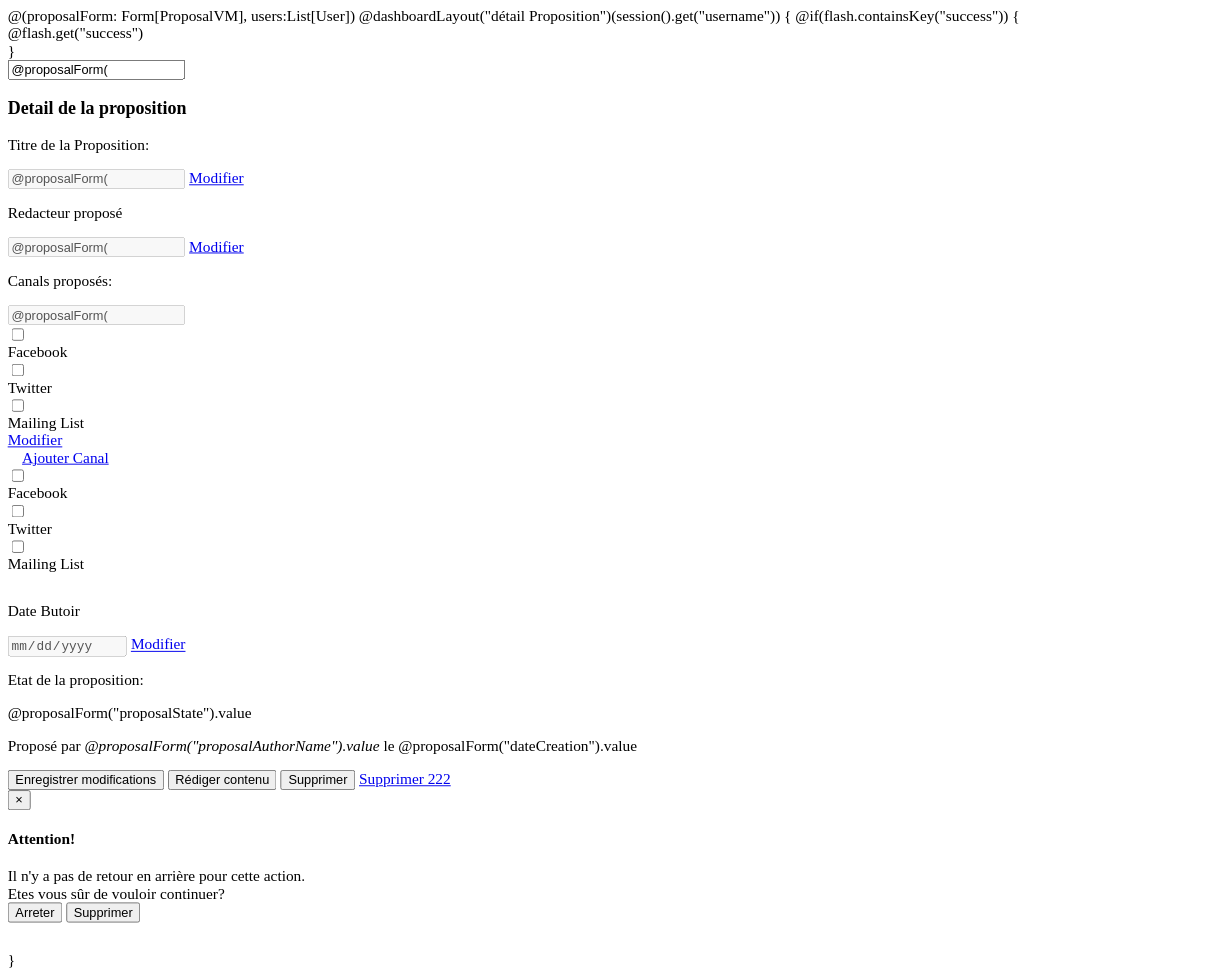
Repository: spirale-software/labo_master
Page: Application/oneDotCom/app/views/proposalDetail.scala.html
An editor plug-in stored every save of this project. The page is shown before and after the next save, followed by the edit.
The browser window is 1280 px wide. The pictures show the whole page, at 96% of full size.

Above is the page before, as saved 2017-04-13 10:38:02.

After the next save:
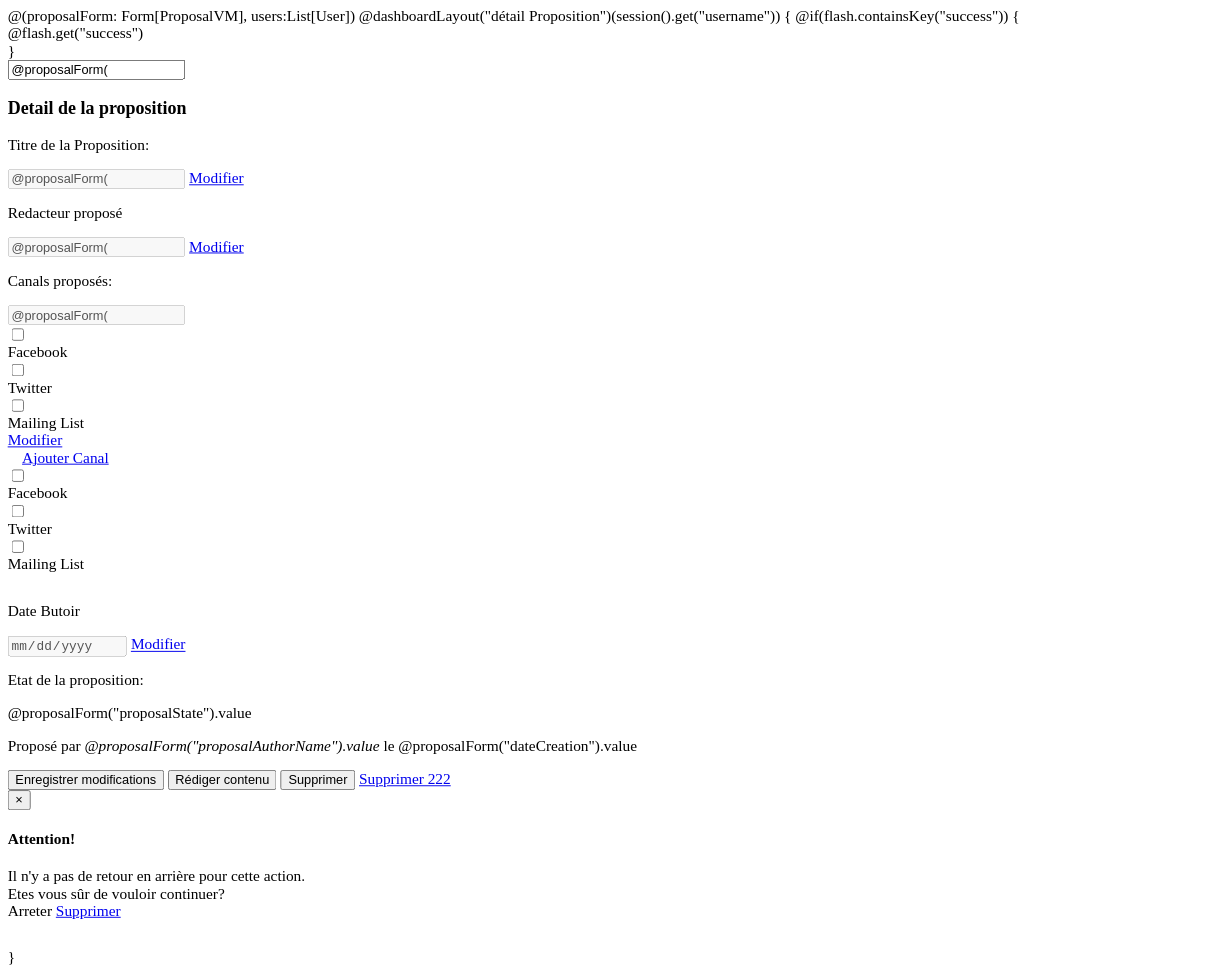
Saved 2 min 57 s later.
--- a/Application/oneDotCom/app/views/proposalDetail.scala.html
+++ b/Application/oneDotCom/app/views/proposalDetail.scala.html
@@ -174,8 +174,9 @@
 						        Etes vous sûr de vouloir continuer?
 						      </div>
 						      <div class="modal-footer">
-						        <button type="button" class="btn btn-default" data-dismiss="modal">Arreter</button>
-						        <button type="button" class="btn btn-primary">Supprimer</button>
+						        <a type="button" class="btn btn-primary" data-dismiss="modal">Arreter</a>
+						        <a href = "@routes.ProposalController.deleteProposalAction(proposalForm("idProposal").value)"
+						        	type="button" class="btn btn-danger">Supprimer</a>
 						      </div>
 						    </div>
 						  </div>
